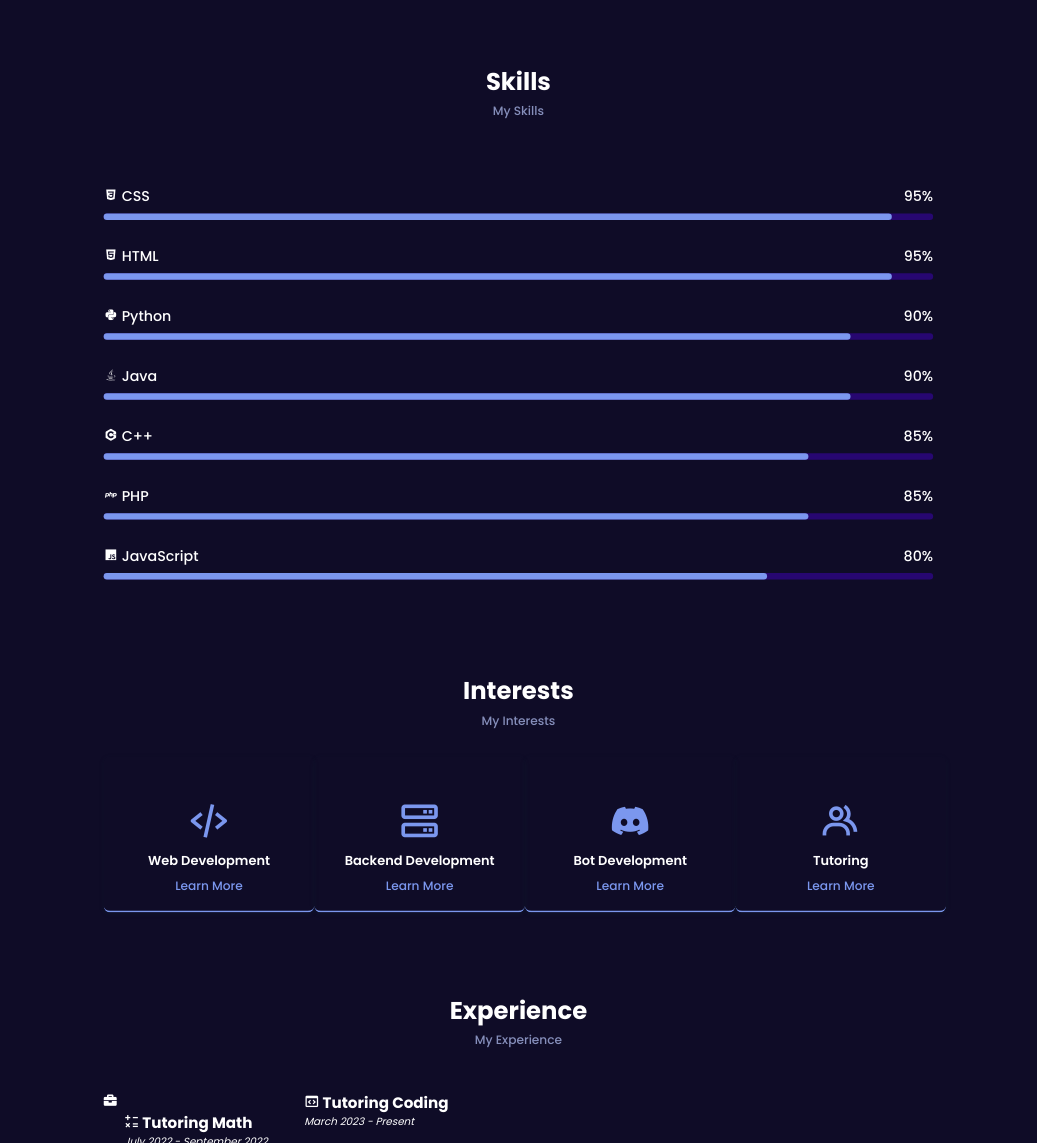
Repository: omkarxpatel/Omkar-Portfolio
Page: src/index.html
These files come from the project's save history. The page is drawn as it stood at one moment and after the next save; the edit follows.
The browser window is 1280 px wide. The pictures show the part of the page from y = 1239 to 2650 px (the page is 3428 px tall before and 3707 px after), at 81% of full size.
Pictures or frames that could not be fetched are drawn as grey boxes. A picture or video elsewhere on the page could not be fetched, so the positions and the page height are approximate.

Above is the page before, as saved 2023-03-26 13:18:19.

After the next save:
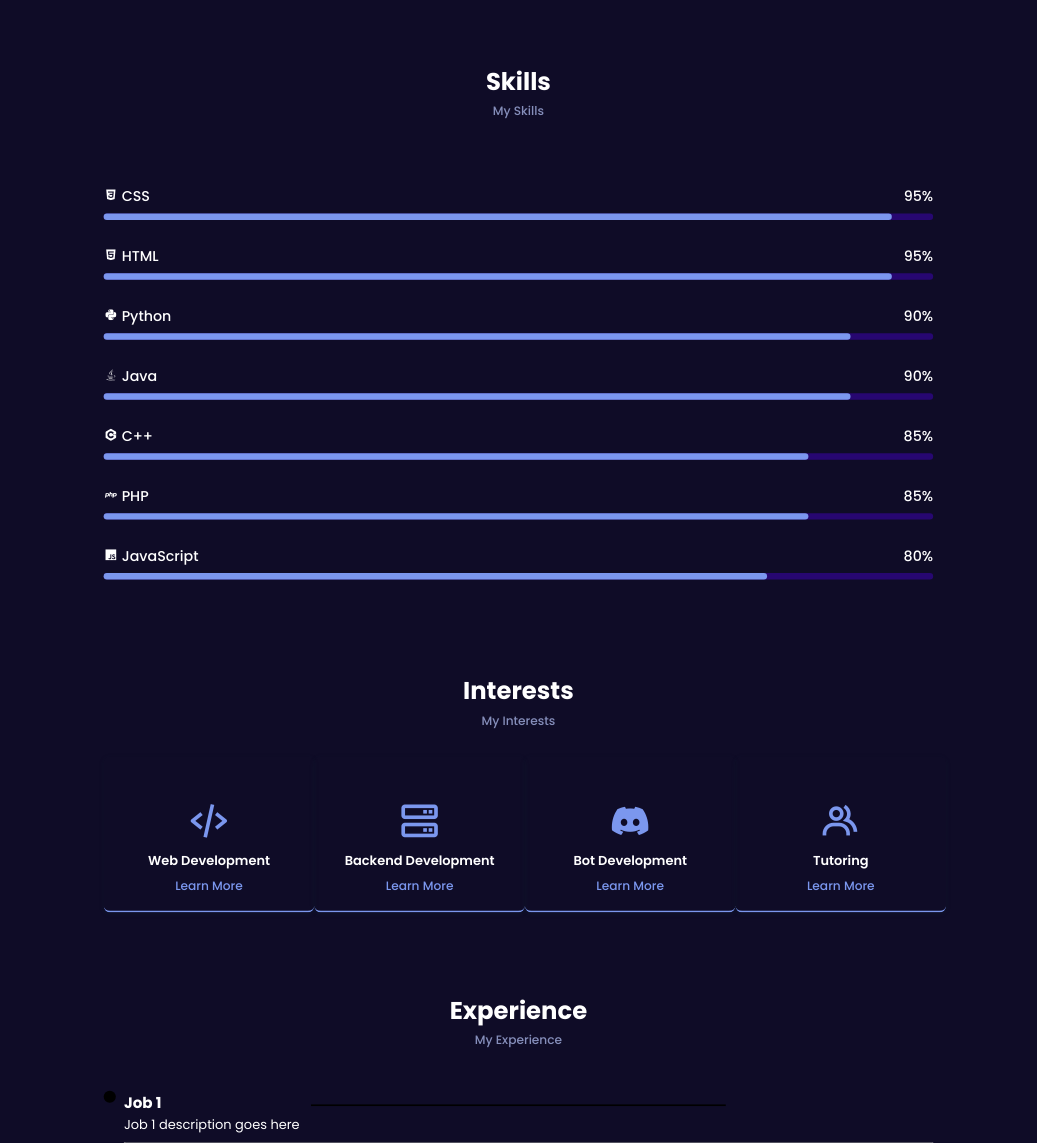
Saved 17 s later.
--- a/src/index.html
+++ b/src/index.html
@@ -251,7 +251,7 @@
       <span>My Experience</span>
     </div>
 
-    <!-- <div class="timeline">
+    <div class="timeline">
       <div class="timeline-item">
         <div class="timeline-dot"></div>
         <div class="timeline-content">
@@ -276,10 +276,10 @@
 
       <div class="timeline-line"></div>
     </div>
-  </section>   -->
-
-
-      <div class="timeline" style="display: flex;">
+  </section>
+
+
+      <!-- <div class="timeline" style="display: flex;">
         <div class="timeline-item" style="margin-right: 20px;">
             <div class="timeline-icon">
                 <i class="fas fa-briefcase"></i>
@@ -296,8 +296,8 @@
           <p class="timeline-date">March 2023 - Present</p>
         </div>
       </div>
-    </div>
-</section.>
+    </div> -->
+
 <!-- Projects Section End -->
 
 
